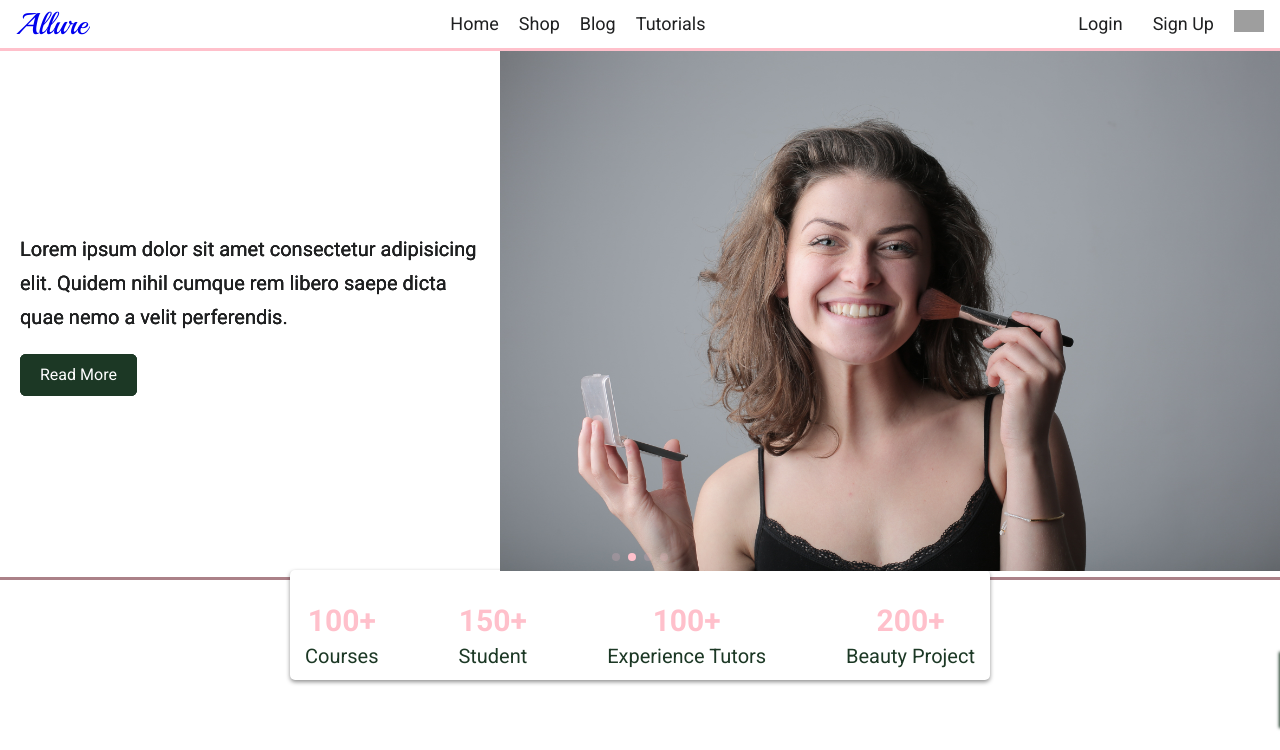
Repository: Benedict-Anthony/Allure-E-commerce-React-Js
Page: /
The author's editor kept a copy of each file at every save. The page is drawn from the files as they stood at one save, then again after the next save.
The browser window is 1280 px wide. The pictures show the whole page.
Pictures or frames that could not be fetched are drawn as grey boxes. The page's requests for data from a server got no answer. The project was rebuilt for these pictures with package versions that can differ from the ones it lists, and the page was loaded fresh each time. No one was signed in, and anything a server would have sent is missing. Also part of the build but not shown: src/App.css, src/css/courses.css, src/css/button.css, src/shared/Button.tsx, src/shared/Course.tsx, src/shared/Product.tsx, src/pages/Shop.tsx, src/pages/Tutorials.tsx and 17 more.

Above is the page before, as saved 2023-01-28 04:37:17.

### src/index.css
@import url('https://fonts.googleapis.com/css2?family=Great+Vibes&family=Playball&family=Roboto:wght@300;400;700&display=swap');


:root {
  --primary-color: pink;
  --secondary-color: #1c3825;
  --text-color: #1f2021;
  --basic: #fff;
  --fontSize: 18px;

}


*,
*::after,
*::before {
  padding: 0;
  margin: 0;
  box-sizing: border-box;
  line-height: 1.4em;
  transition: all .3s linear;
  list-style: none;
  text-decoration: none;
}

html {
  scroll-behavior: smooth;
}

body {
  width: 100%;
  background-color: var(--basic);
  color: var(--text-color);
  font-family: 'Roboto', sans-serif;
}

.container {
  padding: 0 1rem;
  overflow: hidden;
  height: auto;
}

.button {
  display: inline-block;
  padding: 10px 20px;
  color: var(--basic);
  margin-top: 20px;
  background-color: var(--secondary-color);
  border: 2px solid var(--fontSize);
  border-radius: 6px;
}

.flex {
  display: flex;
  justify-content: space-between;
  align-items: center;
}

.flex-center {
  justify-content: center;
}

.flex-row {
  flex-direction: column;
}


.swiper {
  width: 100%;
  height: 100%;
}

.swiper-slide {
  text-align: center;
}


.grid {
  display: grid;
  grid-template-columns: repeat(auto-fit, minmax(12rem, 2fr));
  justify-content: space-between;
  align-items: flex-start;
  gap: 20px;
}


.btn {
  display: inline-block;
  background-color: var(--text-color);
  color: var(--basic);
  font-size: 16px;
  font-family: inherit;
  margin-top: 10px;
  border: 1px solid var(--basic);
  padding: 10px 20px;
  border-radius: 8px;
}

.section {
  margin-top: 20px;
}

.togglebar,
.close {
  display: none;
}

.wrapper {
  max-width: 960px;
  margin: 0 auto;
}

.strike {
  text-decoration: line-through;
  color: var(--secondary-color);
  font-size: 10px;
}




@media(max-width:1024px) {
  /* .grid {
    grid-template-columns: repeat(3, 1fr);
  } */
}


@media(max-width:768px) {

  .container {
    padding: 0 1.3rem;
    overflow: hidden;
    height: auto;
  }

  /* .flex {
    flex-direction: column;
  } */

  /* .grid {
    grid-template-columns: repeat(2, 1fr);
  } */


  /* .togglebar,
  .close {
    display: block;
  } */
}

@media(max-width:500px) {


  .grid {
    grid-template-columns: 1fr 1fr;
  }
}

### src/App.tsx
import React from 'react';
import './App.css';
import { BrowserRouter, Routes, Route } from "react-router-dom"
import { ProductProvider } from './contexts/ProductContext';


import Home from './pages/Home';
import Shop from './pages/Shop';
import Header from './components/Header';
import { LessonProvider } from './contexts/LessonContext';
import Tutorials from './pages/Tutorials';
import ProductDetail from './pages/ProductDetail';
import CourseDetail from './pages/CourseDetail';
import Login from './pages/Login';
import SignIn from './pages/SignIn';
import Account from './pages/Account';
import ButtonNav from './components/ButtonNav';

function App() {
  return (
    <BrowserRouter>
      <LessonProvider>
        <ProductProvider>
          <Header />
          <Routes>
            <Route path={"/"} element={<Home />} />
            <Route path='/login' element={<Login />} />
            <Route path='/sign-in' element={<SignIn />} />
            <Route path='/account' element={<Account />} />
            <Route path={"/shop"} element={<Shop />} />
            <Route path={"/tutorials"} element={<Tutorials />} />
            <Route path={"/product/:slug"} element={<ProductDetail />} />
            <Route path={"/course/:slug"} element={<CourseDetail />} />
          </Routes>
          <ButtonNav />
        </ProductProvider>
      </LessonProvider>
    </BrowserRouter>
  );
}

export default App;

### src/contexts/ProductContext.tsx
import React from "react"
import { createContext,  useReducer, useEffect } from 'react';
import { childrenProps, ProductContextInterface } from "../types/contextTypes"
import { initialProductInterface } from "../types/reducerTypes"
import { productReducer } from "../reducers/productReducers";
import getData from "../utils/fetchFunc";
import { ProductType } from "../reducers/productReducers";
import { LessonType } from "../reducers/lessonReducer";


const ProductContext = createContext({} as ProductContextInterface)

export const ProductProvider = ({ children }: childrenProps) => {
    const initialState: initialProductInterface = {
        products: [],
        lessonAssets:[],
        product:{},
        isFetching: true,
        rltd:[]
    }
    const [state, dispatch] = useReducer(productReducer, initialState)
    const fetchProductData = async () => {
        const data = await getData("products")
        dispatch({type:ProductType.LOAD_PRODUCTS, payload:data})
    }

    const getSingleProduct = async (slug:number | string | undefined) => {
        const data = await getData("products", slug)
        const rltdData = await getData(`products/${slug}/category`)
        dispatch({type:ProductType.LOAD_PRODUCT_DETAIL, payload:data, others:rltdData})
    }

   const getLessonAssets = async (slug : string | undefined) => {
       const data = await getData(`lessons/${slug}/assets`)
       dispatch({type:LessonType.LOAD_LESSON_DETAIL_ASSETS, others:data})
   }

    useEffect(() => {
        fetchProductData()
    },[])
    return (

        <ProductContext.Provider value={{
            data: state,

            getSingleProduct,
            getLessonAssets,
        }}>
        {children}
    </ProductContext.Provider>
        )
}


export default ProductContext

### src/pages/Home.tsx
import React from 'react';
import Landing from '../components/Landing';
import Courses from '../components/Courses';
import Products from '../components/Products';
import { FC } from "react";


const Home:FC = () =>  {

return (
    <>
      <Landing />
      <Courses />
      <Products/>
    </>
  )
}

export default Home

### src/components/Header.tsx
import React, { useState } from 'react'
import { FaBars, FaTimes } from 'react-icons/fa'
import { Link } from 'react-router-dom'
import { Navigations } from '../scripts/topNavItems';
import cart from "../assets/cart.png";
import "../css/header.css"

const Header = () => {
  const [activeMenu, setActiveMenu] = useState(false)

  return (
    <header>
      <div className="container">
        <nav className="nav__items">
          <div className="logo">
            <Link to={"/"}>Allure</Link>
          </div>

          <ul className={`nav_links flex ${activeMenu && "active"} `}>
            {Navigations.map((item) => (
              <li key={item.id}>
                {item.page ? <Link to={`/${item.to}`}>{item.name}</Link> : <a href={`#${item.to}`}>{item.name}</a>}
              </li>
            ))}
            <FaTimes className="close" onClick={() => setActiveMenu(false)} />
          </ul>

          <ul className="nav_icons">

            <li><Link to={"login"}>Login</Link></li>
            <li><Link to={"sign-in"}>Sign Up</Link></li>
            <div className="cart">
              <img src={cart} alt="" />

            </div>
            <FaBars className="togglebar" onClick={() => setActiveMenu(true)} />
          </ul>
        </nav>
      </div>
    </header>
  )
}

export default Header

### src/contexts/LessonContext.tsx
import { createContext, useEffect, useReducer } from "react";
import lessonReducer from "../reducers/lessonReducer";
import { initialLessonInterface } from '../types/reducerTypes';
import { childrenProps, LessonContextInterface } from '../types/contextTypes';
import getData from "../utils/fetchFunc";
import { LessonType } from '../reducers/lessonReducer';
const LessonContext = createContext({} as LessonContextInterface)

export const LessonProvider = ({ children }: childrenProps) => {
    const initialState:initialLessonInterface = {
        lessons:[],
        count: 0,
        lesson:{}
    }

    const [state, dispatch] = useReducer(lessonReducer, initialState)

    async function fetchLessonData() {
        const data = await getData("lessons")
        dispatch({type:LessonType.LOAD_LESSONS, payload:data})
    }

    const getLessonDetails = async (slug:string |undefined) => {
        const data = await getData(`lessons/${slug}`)
        dispatch({ type:LessonType.LOAD_LESSON_DETAIL, payload:data})
    }

    useEffect(() => {
      fetchLessonData()
    },[])
    return (
        <LessonContext.Provider value={{
            data:state,
            getLessonDetails
            }}>
            {children}
        </LessonContext.Provider>
    )
}

export default LessonContext

### src/components/ButtonNav.tsx
import React from 'react'
import { AiOutlineHome, AiOutlineUser } from "react-icons/ai"
import { BiShoppingBag, BiLogIn } from "react-icons/bi"
import { MdOutlinePlayLesson } from "react-icons/md"
import { GrBlog } from "react-icons/gr"
import { Link } from 'react-router-dom'




const ButtonNav = () => {
    return (
        <nav className="nav__bottom">
            <ul>
                <li><Link to={"/"}><AiOutlineHome /></Link></li>
                <li><Link to={"/shop"}><BiShoppingBag /></Link></li>
                <li><Link to={"/tutorials"}><MdOutlinePlayLesson /></Link></li>
                <li><Link to={"/blog"}><GrBlog /></Link></li>
                <li><Link to={"/account"}><AiOutlineUser /></Link></li>
            </ul>
        </nav>
    )
}

export default ButtonNav

### src/reducers/productReducers.tsx
import { actionInterface, initialProductInterface } from "../types/reducerTypes";
import { LessonType } from "./lessonReducer";
export const ProductType = {
    LOAD_PRODUCTS: "LOAD_PRODUCTS",
    LOAD_PRODUCT_DETAIL:"LOAD_PRODUCT_DATAIL"
}
export const productReducer = (state:initialProductInterface, action:actionInterface) => {
    switch (action.type) {
        case ProductType.LOAD_PRODUCTS:
            return {
                ...state,
                products: action.payload,
                isFetching:false,
            }
        case ProductType.LOAD_PRODUCT_DETAIL:
            return {
                ...state,
                product: action.payload,
                rltd:action.others
            }
        case LessonType.LOAD_LESSON_DETAIL_ASSETS:
            return {
                ...state,
                lessonAssets:action.others
            }
        default:
            return state
    }
}

### src/utils/fetchFunc.tsx
const getData = async (endpoint: string, slug?: number | string | null) => {
    if (slug) {
        const response = await fetch(`http://127.0.0.1:8000/api/${endpoint}/${slug}`)
        const data = await response.json()
        return data
    } else {
        const response = await fetch(`http://127.0.0.1:8000/api/${endpoint}/`)
        const data = await response.json()
        return data
    }

}


export default getData

### src/reducers/lessonReducer.tsx
import { initialLessonInterface, actionInterface } from '../types/reducerTypes';

export const LessonType = {
    LOAD_LESSONS: "LOAD_LESSONS",
    LOAD_LESSON_DETAIL:"LOAD_DETAILS",
    LOAD_LESSON_DETAIL_ASSETS:"LOAD_LESSON_DETAIL_ASSETS"
}

const lessionReducer = (state:initialLessonInterface, action:actionInterface) => {
    switch (action.type) {
        case LessonType.LOAD_LESSONS:
            return {
                ...state,
                lessons:action.payload,
                count:1
            }
        case LessonType.LOAD_LESSON_DETAIL:
            return {
                ...state,
                lesson:action.payload
            }

        default:
            return state
    }
}


export default lessionReducer

### src/components/Landing.tsx
import React from 'react'
import { FC } from "react";
import Card from '../shared/Card';


import { Swiper, SwiperSlide } from "swiper/react";
import { EffectFade, Autoplay, Pagination, Navigation } from "swiper";
import "swiper/css";
import "swiper/css/pagination";
import "swiper/css/effect-fade";
import "swiper/css/navigation";


import { landing } from '../scripts/landing';
import { Courses } from '../scripts/topNavItems';

import "../css/landing.css";


const Landing: FC = () => {

    return (
        <section className="landing" id="home">
            <main className="hero">
                <Swiper
                    loop={true}
                    // loopFillGroupWithBlank={true}
                    // pagination={{
                    //     clickable: true,
                    // }}
                    autoplay={{
                        delay: 5000,
                        disableOnInteraction: false
                    }}
                    spaceBetween={30}
                    effect={"fade"}
                    // navigation={true}
                    pagination={{
                        clickable: true,
                    }}
                    modules={[EffectFade, Navigation, Pagination, Autoplay]}
                    className="mySwiper">
                    {landing.map((item, index) => (
                        <SwiperSlide key={index}>
                            <div className="flex flex-center landing__page ">
                                <div className="landing__info">
                                    <p>{item.text}</p>

                                    <a href={item.link} className="button">Read More</a>
                                </div>
                                <div className="landing__image">
                                    <img src={item.image} alt="" />
                                </div>

                            </div>
                        </SwiperSlide>
                    ))}
                </Swiper>
            </main>


            <div className="landing__courses">
                <Card>
                    <div className="landing__courses-count flex">
                        {Courses.map((item) => (
                            <div className="count" key={item.id}>
                                <h2>{item.count}+</h2>
                                <p>{item.name}</p>
                            </div>
                        ))}
                    </div>
                </Card>
            </div>

        </section>
    )
}




export default Landing

### src/components/Courses.tsx
import React, { useContext } from 'react'
import {FC} from "react"

// Import Swiper styles
import { Swiper, SwiperSlide } from "swiper/react";
import "swiper/css";
import "swiper/css/pagination";
import "swiper/css/navigation";
import { Pagination, Navigation } from "swiper";


import "../css/courses.css"

// import required modules


import LessonContext from '../contexts/LessonContext';
import Course from '../shared/Course';


const Courses:FC = () => {

  const {data :{lessons}} = useContext(LessonContext)
  return (
    <section className="container" id="courses">
      <main>
         <Swiper
        // slidesPerView={4}
        // spaceBetween={30}
        // slidesPerGroup={4}
        loop={true}
        loopFillGroupWithBlank={true}
        // pagination={{
        //   clickable: true,
        // }}
          navigation={true}
          breakpoints={{
             // when window width is >= 320px
              468: {
                slidesPerView: 1,
                spaceBetween: 20
              },
              568: {
                slidesPerView: 2,
                spaceBetween: 20
              },
              // when window width is >= 480px
              768: {
                slidesPerView: 3,
                spaceBetween: 30
              },
              // when window width is >= 640px
              978: {
                slidesPerView: 4,
                spaceBetween: 40
              }
        }}
        modules={[Pagination, Navigation]}
        className="mySwiper"
      >
          {lessons.slice(0,10).map((item) => (
            <SwiperSlide key={item.id}>
              <Course item={item} />
          </SwiperSlide>
        ))}
      </Swiper>
      </main>
    </section>
  )
}

export default Courses

### src/components/Products.tsx
import React from 'react';

import { Swiper, SwiperSlide } from "swiper/react";

// Import Swiper styles
import "swiper/css";
import "swiper/css/pagination";
import "swiper/css/navigation";

// import required modules
import { Pagination, Navigation } from "swiper";
import "../css/products.css";



import {useContext} from "react";
import ProductContext from "../contexts/ProductContext"
import Product from '../shared/Product';


const Products = () => {

  const { data:{products} } = useContext(ProductContext)
  return (
      <section className="container products" id="products">

<Swiper
        // slidesPerView={4}
        // spaceBetween={30}
        // slidesPerGroup={3}
        loop={true}
        loopFillGroupWithBlank={true}
        // pagination={{
        //   clickable: true,
        // }}
               breakpoints={{
             // when window width is >= 320px
              320: {
                slidesPerView: 1,
                spaceBetween: 20
              },
              568: {
                slidesPerView: 2,
                spaceBetween: 20
              },
              // when window width is >= 480px
              768: {
                slidesPerView: 3,
                spaceBetween: 30
              },
              // when window width is >= 640px
              978: {
                slidesPerView: 4,
                spaceBetween: 40
              }
        }}
        navigation={true}
        modules={[Pagination, Navigation]}
        className="mySwiper"
      >

               { products.length > 0 && products.slice(0,10).map((item) => (

                  <SwiperSlide key={item.id}>
                   <Product item={item} />
                </SwiperSlide>
        ))}

      </Swiper>
    </section>
  )
}

export default Products

### src/scripts/topNavItems.ts
export const Navigations = [
    {
        id: 1,
        name: "home",
        to: "",
        page: true,
    },
    // {
    //     id: 2,
    //     name: "courses",
    //     to: "courses",
    //     page: false,

    // },
    // {
    //     id: 3,
    //     name: "arrivals ",
    //     to: "products",
    //     page: false,

    // },
    {
        id: 4,
        name: "shop",
        to: "shop",
        page: true,
    },

    {
        id: 5,
        name: "blog",
        to: "blog",
        page: true,

    },
    {
        id: 6,
        name: "tutorials",
        to: "tutorials",
        page: true,


    },
]


export const Courses = [
    {
        id: 1,
        name: "courses",
        count: 100
    },

    {
        id: 2,
        name: "student",
        count: 150
    },

    {
        id: 3,
        name: "experience Tutors",
        count: 100
    },

    {
        id: 4,
        name: "beauty project",
        count: 200
    },
]

### src/css/header.css
header {
    padding: 3px 0px;
    /* background-color: var(--primary-color); */
    border-bottom: 3px solid var(--primary-color);
    /* osition: fixed;
    top: 0;
    width: 100%;
    z-index: 10;p */
}

header nav {
    display: flex;
    justify-content: space-between;
    align-items: center;
}

header nav .logo {
    font-size: 30px;
    /* font-family: 'Great Vibes', cursive;
     */
    font-family: 'Playball', cursive;
}

header nav li {
    position: relative;
    margin: 0 10px;
}

header nav li::after {
    content: '';
    width: 0;
    height: 2px;
    background: linear-gradient(to right, var(--secondary-color), var(--primary-color));
    position: absolute;
    bottom: 0;
    left: 0;
}

header nav li:hover::after {
    width: 100%;
}

header nav ul li a {
    color: var(--text-color);
    font-size: var(--fontSize);
    text-transform: capitalize;
}

header .cart {
    width: 30px;
}

header .cart img {
    width: 100%;
}



.nav_icons {
    display: flex;
    align-items: center;
    justify-content: space-around;
    column-gap: 10px;
}



.nav_icons svg {
    color: var(--secondary-color);
    font-size: 20px;
    margin: 0 2px;
}


.nav__bottom {
    display: block;
    width: 100%;
    margin: auto;
    margin-top: 40px;
    position: fixed;
    bottom: 0;
    left: 100%;
    background-color: var(--basic);
    padding: 15px 0;
    box-shadow: 3px 4px 3px 4px var(--secondary-color);
}

.nav__bottom ul {
    display: flex;
    align-items: center;
    justify-content: center;
}

.nav__bottom ul li {
    margin: 0 20px;
}

.nav__bottom ul li svg {
    color: var(--secondary-color);
    font-size: 2rem;
    font-weight: 700;
}

@media(max-width:768px) {
    header nav .nav_links {
        position: absolute;
        top: -100vh;
        right: 0;
        width: 80%;
        background-color: var(--basic);
        border-left: 3px solid var(--primary-color);
        height: 100vh;
        z-index: 10;
        justify-content: flex-start;
        align-items: flex-start;
        gap: 30px;
        padding-left: 50px;
        padding-top: 50px;
        display: none;

    }

    .nav_icons li {
        display: none;
    }

    header nav .nav_links.active {
        top: 0;
    }

    .close {
        position: absolute;
        top: 7px;
        left: .6rem;
        font-weight: 100;
        font-size: 25px;
        color: var(--secondary-color);
    }

    .nav__bottom {
        left: 0;
    }

}

### src/shared/Card.tsx
import React from 'react'
import {ReactNode,} from "react"

import "../css/card.css"

interface CardType {
    children:ReactNode
}


const Card = ({children}:CardType) => {
  return (
      <div className="card">
          {children}
    </div>
  )
}

export default Card

### src/scripts/landing.ts
export const landing = [
    {
        "text": "Lorem ipsum dolor sit amet consectetur adipisicing elit. Quidem nihil cumque rem libero saepe dicta quae nemo a velit perferendis.",
        "image": "./images/welcome.jpg",
        "link": "/"
    },

    {
        "text": "Lorem ipsum dolor sit amet consectetur adipisicing elit. Quidem nihil cumque rem libero saepe dicta quae nemo a velit perferendis.",
        "image": "./images/beauty.jpg",
        "link": "/"

    },

    {
        "text": "Lorem ipsum dolor sit amet consectetur adipisicing elit. Quidem nihil cumque rem libero saepe dicta quae nemo a velit perferendis.",
        "image": "./images/organic.jpg",
        "link": "/"

    },
    {
        "text": "Lorem ipsum dolor sit amet consectetur adipisicing elit. Quidem nihil cumque rem libero saepe dicta quae nemo a velit perferendis.",
        "image": "./images/skincare.jpg",
        "link": "/"

    }
]

### src/css/landing.css
/* LANDING HERO SECTION */


.hero {
    width: 100%;
    border-bottom: 3px outset var(--primary-color);
}


.hero .landing__info {
    width: 100%;
    max-width: 500px;
    text-align: left;
    padding: 10px 20px;
}

.hero .landing__info p {
    font-size: 20px;
    line-height: 1.7em;
}

.hero .landing__image {
    width: 100%;
    height: 100%;
}

.hero .landing__image img {
    width: 100%;
    height: 100%;
}





.landing__courses {
    width: 700px;
    margin: 0 auto;
    transform: translateY(-10px);
}

.landing__courses-count .count {
    display: flex;
    align-items: center;
    justify-content: center;
    flex-direction: column;
    padding-top: 20px;
}

.landing__courses-count .count h2 {
    color: var(--primary-color);
    font-size: 30px;
}

.landing__courses-count .count p {
    color: var(--secondary-color);
    font-size: 20px;
    text-transform: capitalize;
}

.hero .landing__page {
    flex-direction: row;
}

/*  */


@media(max-width:568px) {
    .hero .landing__page {
        flex-direction: column;
    }
}

### src/css/card.css
.card {
    padding: 10px 15px;
    border-radius: 5px;
    color: black;
    background-color: #fff;
    box-shadow: 0 2px 4px rgba(0, 0, 0, 0.44);
    /* width: 100%; */
}


.card__body {
    width: 200px;
    text-align: left;
    padding: 2px 10px;
    border-radius: 10px;
}


.card__body:hover {
    /* background-color: var(--primary-color); */
    cursor: pointer;
}

.card__body .card__img {
    width: 50%;
    /* height: 8rem; */
    margin: 0 auto;
    /* object-fit: cover; */
}

@media(max-width:600px) {
    .card {
        padding: 3px 5px;
    }
}

Loaded but not shown: public/index.html (common file); src/index.tsx (common file); src/css/products.css (242 lines, source omitted)

After the next save:
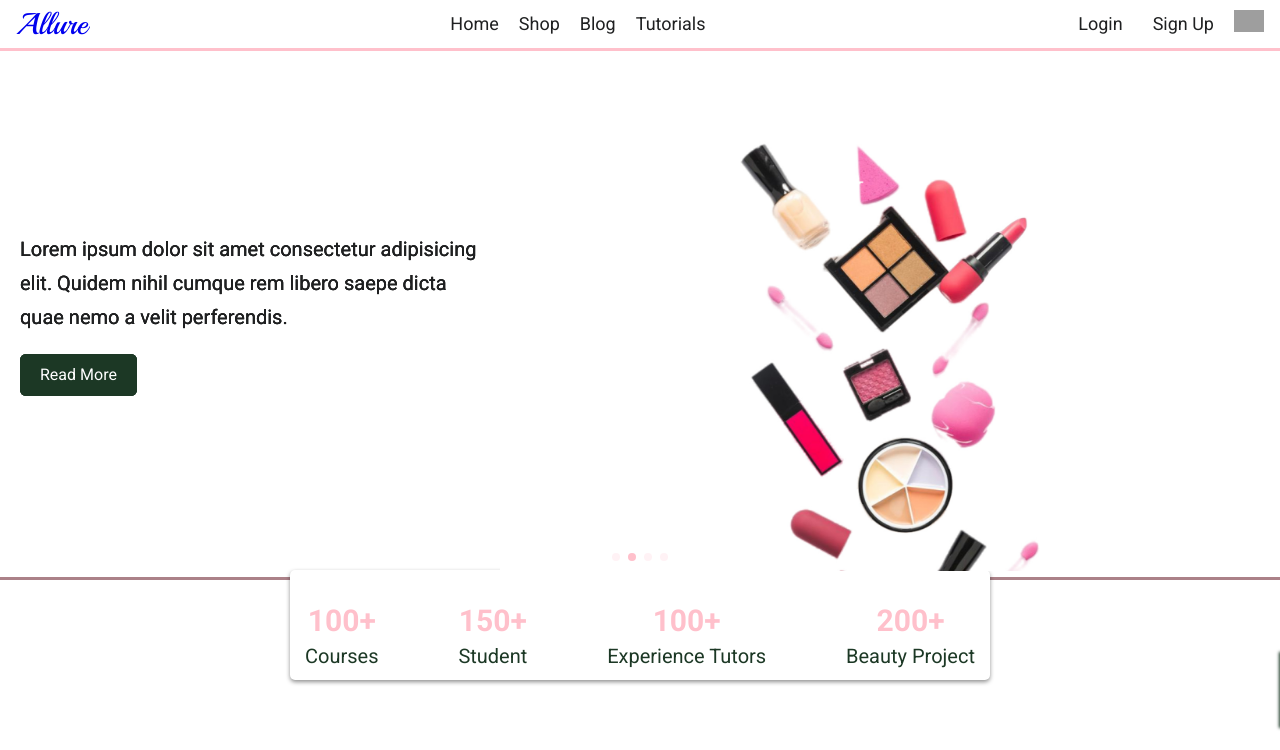
Saved 96 s later.
--- a/src/scripts/landing.ts
+++ b/src/scripts/landing.ts
@@ -7,7 +7,7 @@
 
     {
         "text": "Lorem ipsum dolor sit amet consectetur adipisicing elit. Quidem nihil cumque rem libero saepe dicta quae nemo a velit perferendis.",
-        "image": "./images/beauty.jpg",
+        "image": "./images/products.jpg",
         "link": "/"
 
     },
